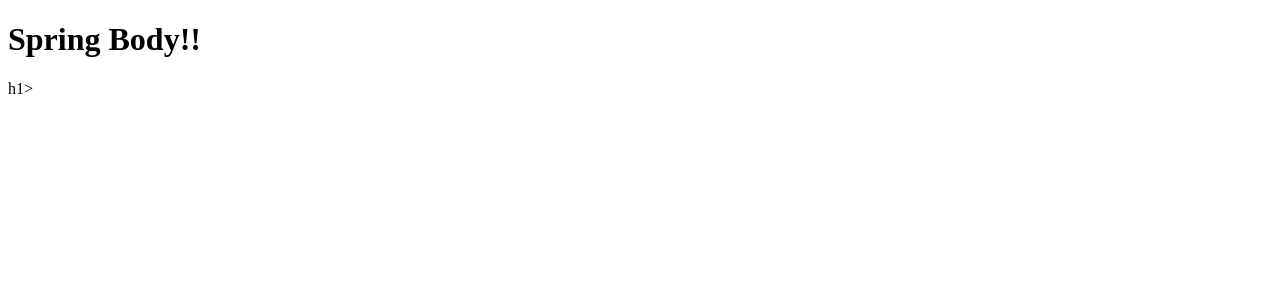
Repository: savithahb/springboot-apps
Page: http://localhost/JavaWeb/home.jsp
An editor plug-in stored every save of this project. The page is shown before and after the next save, followed by the edit.
The browser window is 1280 px wide. The pictures show the whole page.
The page is served by Tomcat 9.

Above is the page before, as saved 2020-02-14 05:34:14.

After the next save:
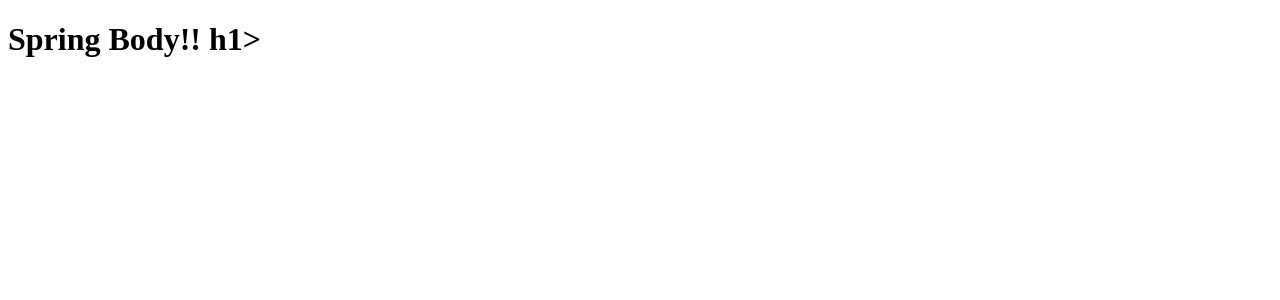
Saved 40 s later.
--- a/JavaWeb/WebContent/home.jsp
+++ b/JavaWeb/WebContent/home.jsp
@@ -7,6 +7,6 @@
 <title>Insert title here</title>
 </head>
 <body>
-<h1> Spring Body!! </h1>h1>
+<h1> Spring Body!! h1>
 </body>
 </html>
